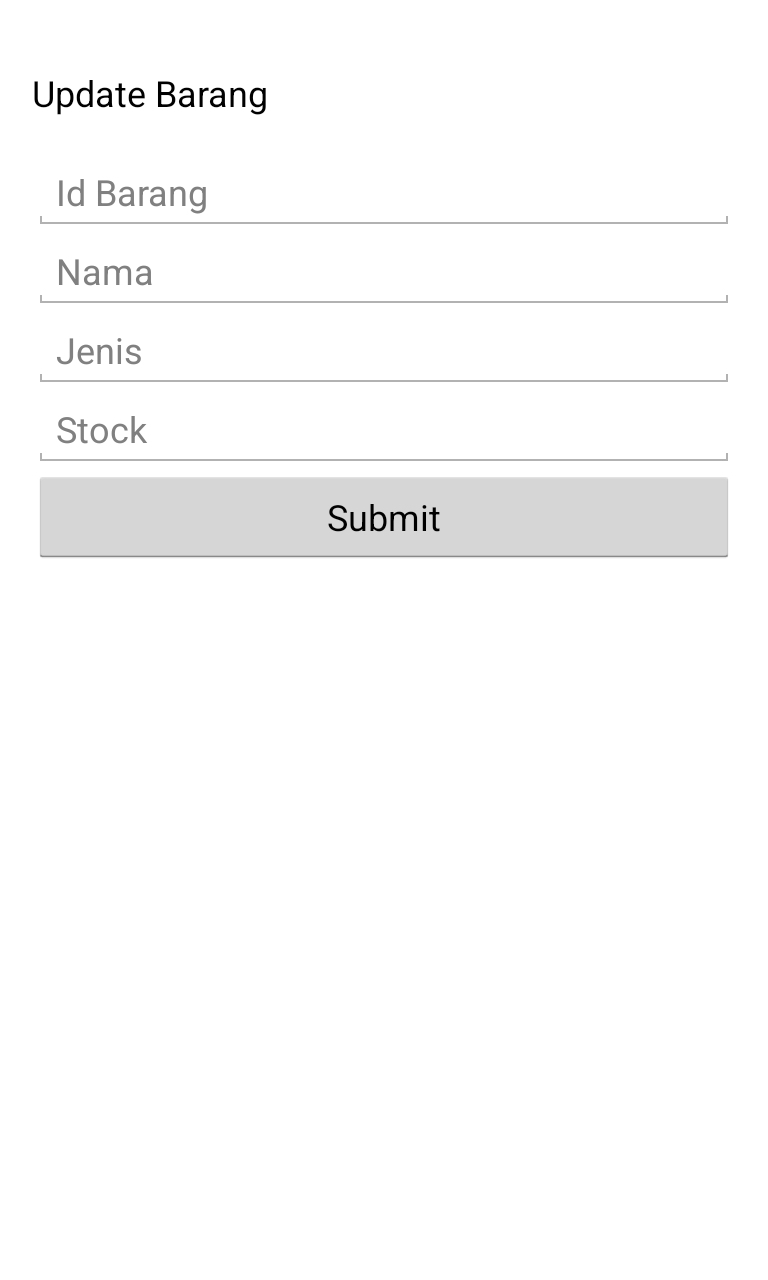
Repository: kisahtegar/UnipiLabs
Layout: GudangKisah/res/layout/activity_add_data.xml
The author's editor kept a copy of each file at every save. The layout is drawn from the files as they stood at one save, then again after the next save.
It is drawn on a 768 x 1280 px phone screen (xhdpi) without system bars, with theme AppTheme; the app's code is not run.

Above is the layout before, as saved 2024-07-31 04:38:02.

### GudangKisah/res/layout/activity_add_data.xml
<!-- activity_add_data.xml -->
<LinearLayout xmlns:android="http://schemas.android.com/apk/res/android"
    android:layout_width="match_parent"
    android:layout_height="match_parent"
    android:orientation="vertical"
    android:padding="16dp">

    <TextView
        android:id="@+id/textView1"
        android:layout_width="wrap_content"
        android:layout_height="wrap_content"
        android:textAppearance="?android:attr/textAppearanceMedium"
        android:layout_marginTop="18dp"
        android:layout_marginBottom="18dp"
        android:text="@string/update_barang" />

    <EditText
        android:id="@+id/id_barang"
        android:layout_width="match_parent"
        android:layout_height="wrap_content"
        android:hint="@string/id_barang"/>

    <EditText
        android:id="@+id/nama"
        android:layout_width="match_parent"
        android:layout_height="wrap_content"
        android:hint="@string/nama" />

    <EditText
        android:id="@+id/jenis"
        android:layout_width="match_parent"
        android:layout_height="wrap_content"
        android:hint="@string/jenis"/>

    <EditText
        android:id="@+id/stock"
        android:layout_width="match_parent"
        android:layout_height="wrap_content"
        android:hint="@string/stock"/>

    <Button
        android:id="@+id/submit_button"
        android:layout_width="match_parent"
        android:layout_height="wrap_content"
        android:text="@string/submit"/>
</LinearLayout>

### GudangKisah/res/values/strings.xml
<?xml version="1.0" encoding="utf-8"?>
<resources>

    <string name="app_name">GudangKisah</string>
    <string name="action_settings">Settings</string>
    <string name="hello_world">Hello world!</string>

    <string name="tambah_barang">Tambah Barang</string>
    <string name="update_barang">Update Barang</string>
    <string name="tambah_data">Tambah Data</string>
    <string name="id_barang">Id Barang</string>
    <string name="nama">Nama</string>
    <string name="jenis">Jenis</string>
    <string name="stock">Stock</string>
    <string name="submit">Submit</string>
</resources>

Loaded but not shown: GudangKisah/res/values/styles.xml (common file); GudangKisah/res/values-v11/styles.xml (common file); GudangKisah/res/values-v14/styles.xml (common file)

After the next save:
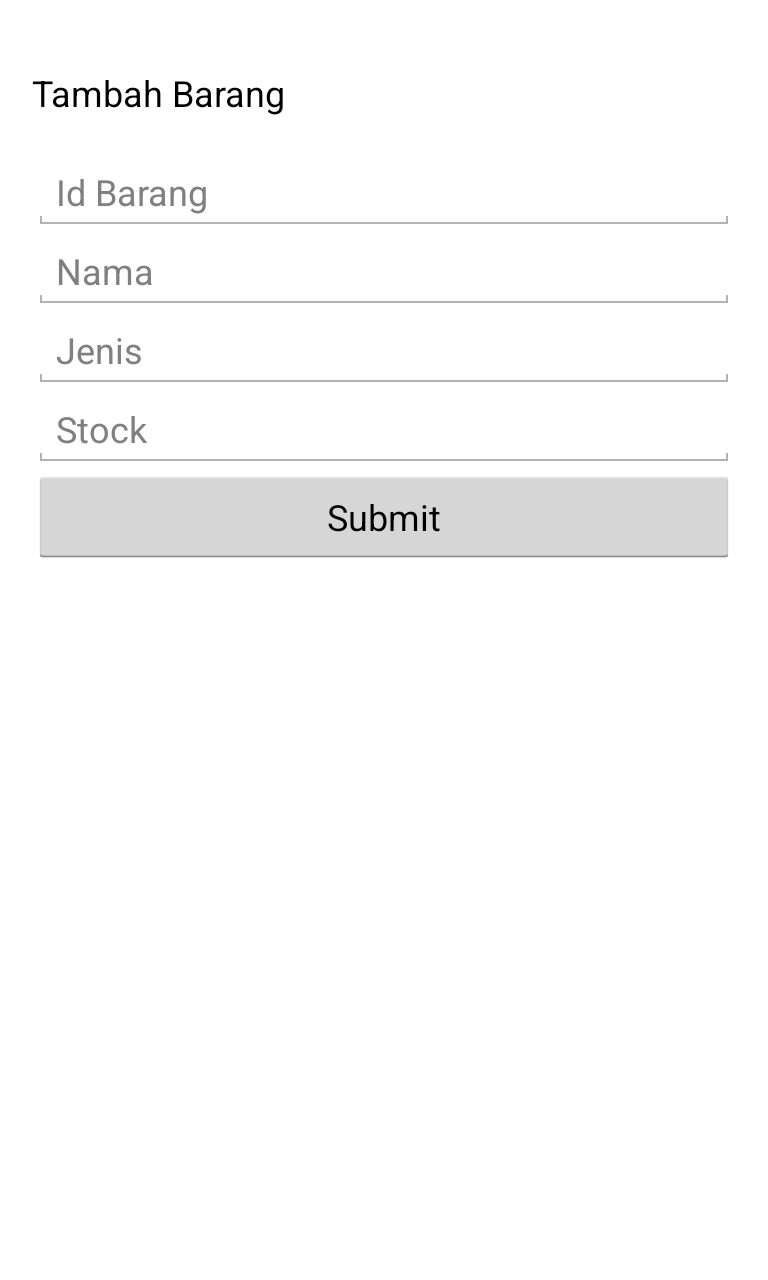
Saved 12 s later.
--- a/GudangKisah/res/layout/activity_add_data.xml
+++ b/GudangKisah/res/layout/activity_add_data.xml
@@ -12,7 +12,7 @@
         android:textAppearance="?android:attr/textAppearanceMedium"
         android:layout_marginTop="18dp"
         android:layout_marginBottom="18dp"
-        android:text="@string/update_barang" />
+        android:text="@string/tambah_barang" />
 
     <EditText
         android:id="@+id/id_barang"
